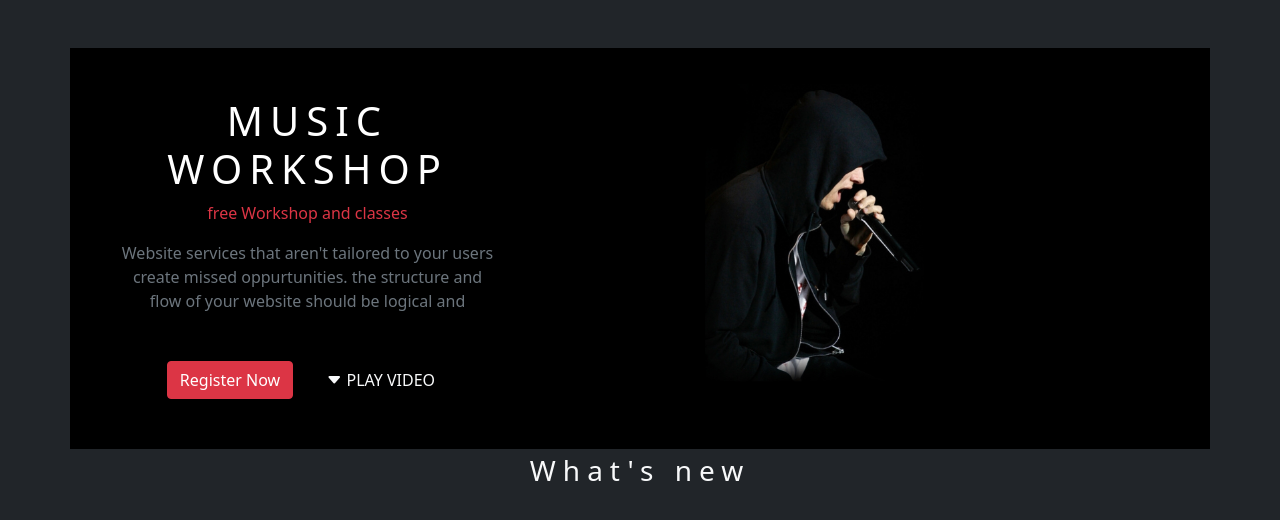
Repository: Eugene44-hub/music-workshop-site
Page: index.html
An editor plug-in stored every save of this project. The page is shown before and after the next save, followed by the edit.
The browser window is 1280 px wide. The pictures show the whole page.
Some web libraries are served in a nearby version.

Above is the page before, as saved 2021-10-22 16:15:00.

After the next save:
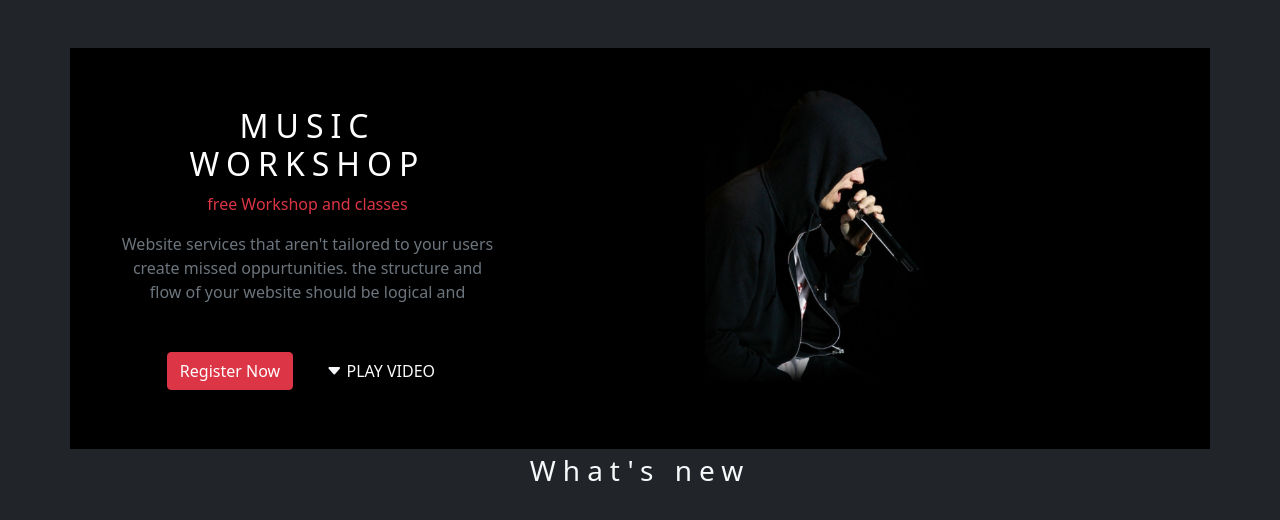
Saved 10 s later.
--- a/index.html
+++ b/index.html
@@ -18,7 +18,7 @@
         <div class="container">
             <div class="row text-white bg-black align-items-center" id="regImg">
                 <div id="regText" class="col-lg-5 text-center p-5">
-                    <h2 id="musicheader" class="text-uppercase fs-1">
+                    <h2 id="musicheader" class="text-uppercase fs-2">
                         music workshop </h2>
                     <p class="text-danger"> free Workshop and classes</p>
                     <p class="text-secondary">Website services that aren't tailored to your users create missed oppurtunities. the structure and flow of your website should be logical and</p>
